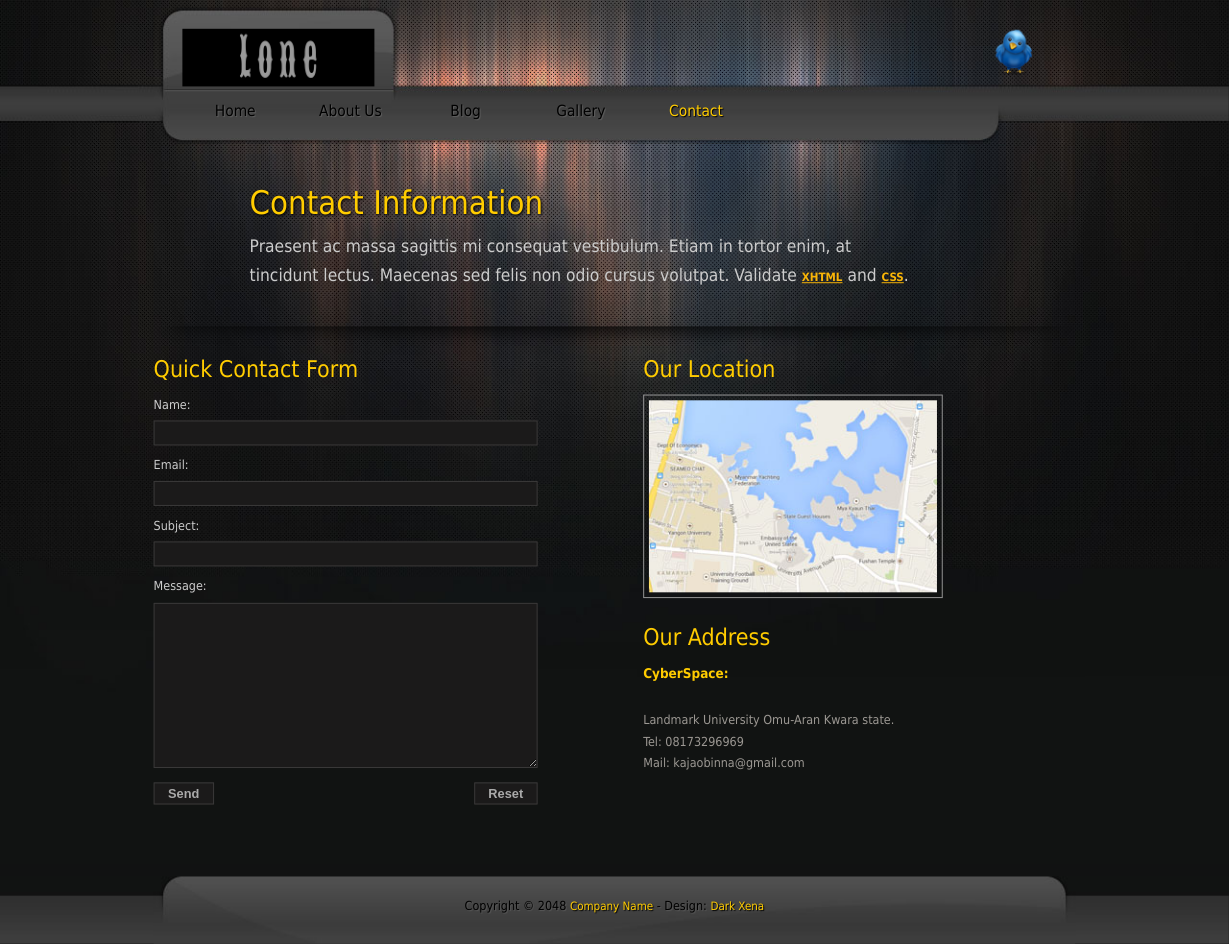
Repository: xenacode-art/Portfolio
Page: 2020_dark_pixel/contact.html
An editor plug-in stored every save of this project. The page is shown before and after the next save, followed by the edit.
The browser window is 1280 px wide. The pictures show the whole page, at 96% of full size.
Pictures or frames that could not be fetched are drawn as grey boxes.

Above is the page before, as saved 2022-03-08 01:07:30.

After the next save:
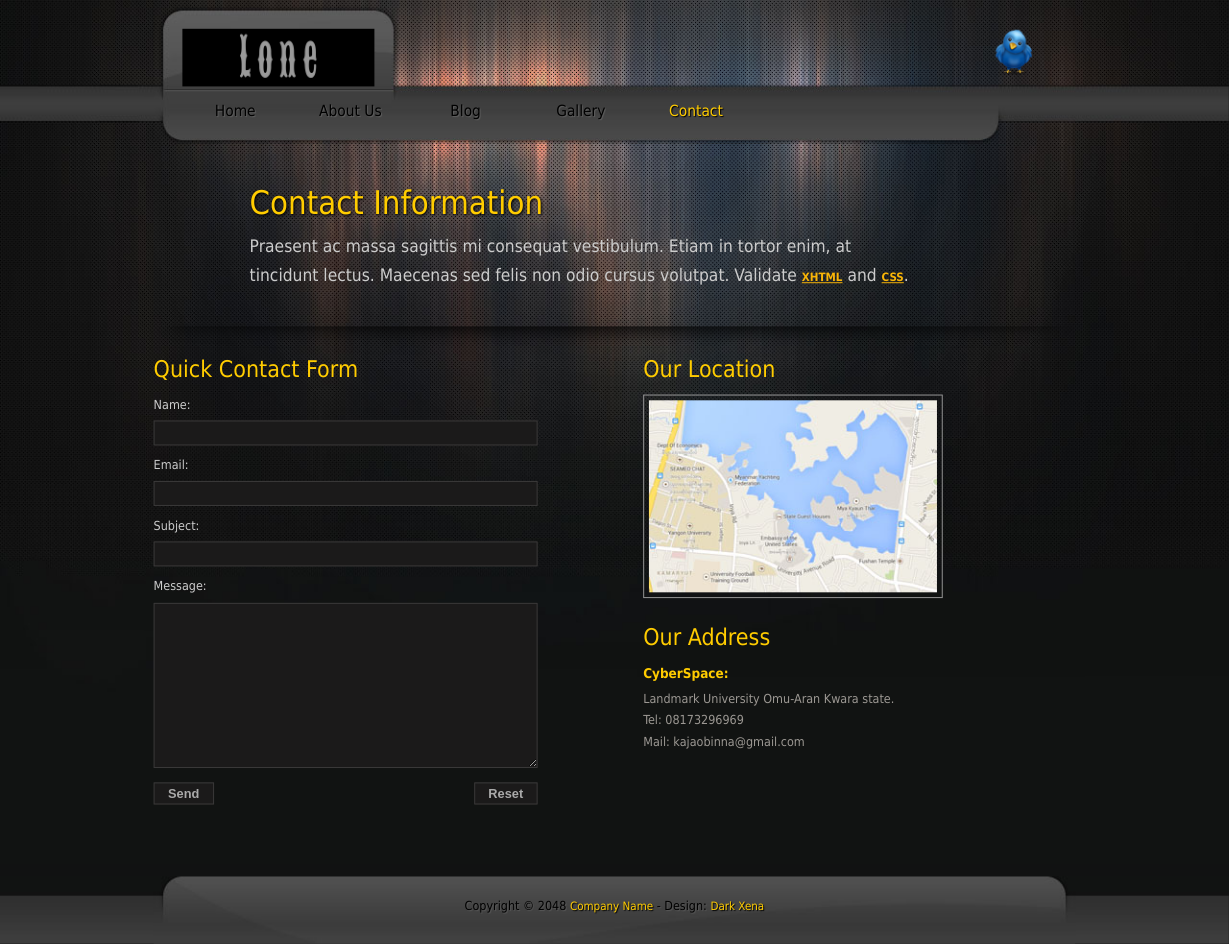
Saved 6 s later.
--- a/2020_dark_pixel/contact.html
+++ b/2020_dark_pixel/contact.html
@@ -109,7 +109,7 @@ $(document).ready(function() {
                     <div class="cleaner h30"></div>
 
                     <h3>Our Address</h3>
-                    <h6><strong>CyberSpace: </strong></h6><br />
+                    <h6><strong>CyberSpace: </strong></h6>
                      Landmark University Omu-Aran Kwara state.<br />
                     Tel: 08173296969<br />
 					Mail: kajaobinna@gmail.com<br />
